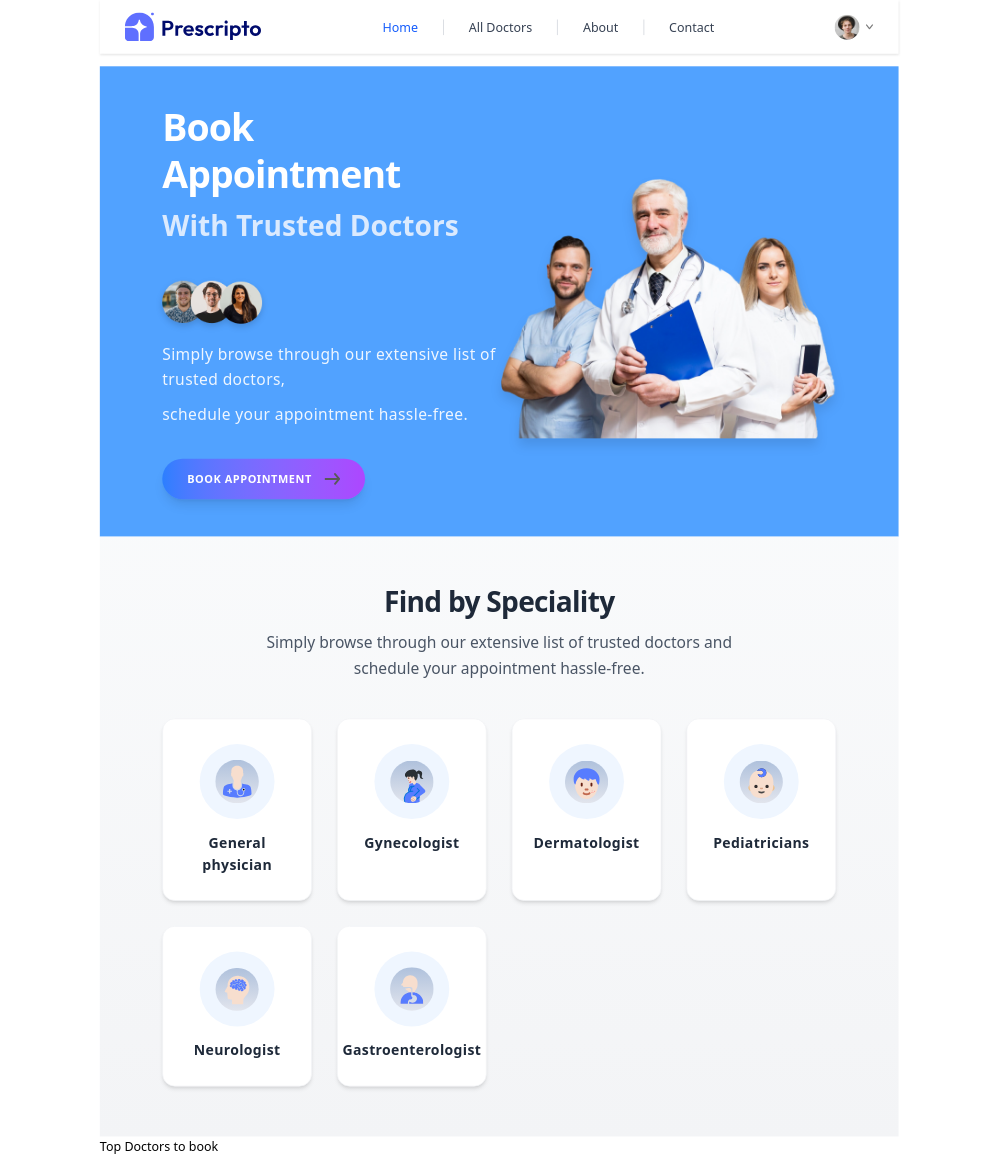
Repository: Pran2535/appointement_booking
Page: / (app in frontend/)
The author's editor kept a copy of each file at every save. The page is drawn from the files as they stood at one save, then again after the next save.
The browser window is 1280 px wide. The pictures show the whole page, at 78% of full size.
The project was rebuilt for these pictures with package versions that can differ from the ones it lists, and the page was loaded fresh each time. Also part of the build but not shown: frontend/vite.config.js, frontend/src/pages/About.jsx, frontend/src/pages/MyAppointments.jsx, frontend/src/pages/Doctors.jsx, frontend/src/pages/Login.jsx, frontend/src/pages/Contact.jsx, frontend/src/pages/MyProfile.jsx, frontend/src/pages/Appointment.jsx.

Above is the page before, as saved 2025-02-16 21:31:12.

### frontend/index.html
<!doctype html>
<html lang="en">
  <head>
    <meta charset="UTF-8" />
    <link rel="icon" type="image/svg+xml" href="/vite.svg" />
    <meta name="viewport" content="width=device-width, initial-scale=1.0" />
    <title>Mishra healthcare</title>
  </head>
  <body>
    <div id="root"></div>
    <script type="module" src="/src/main.jsx"></script>
  </body>
</html>

### frontend/src/main.jsx
import { StrictMode } from 'react'
import { createRoot } from 'react-dom/client'
import './index.css'
import App from './App.jsx'
import { BrowserRouter } from 'react-router-dom'

createRoot(document.getElementById('root')).render(
<BrowserRouter>
    <App />
  </BrowserRouter>,
)

### frontend/src/App.jsx
import React from 'react'
import { Route, Routes } from 'react-router-dom'
import Home from './pages/Home'
import About from './pages/About'
import MyAppointments from './pages/MyAppointments'
import Doctors from './pages/Doctors'
import Login from './pages/Login'
import Contact from './pages/Contact'
import MyProfile from './pages/MyProfile'
import Appointment from './pages/Appointment'
import Navbar from './components/Navbar'

const App = () => {
  return (
    <div className='mx-4 sm:mx-[10%]'>
      <Navbar/>{ /* mounted navbar component before routes so that it gets displayed over the all routes */}
      <Routes>
        <Route path='/' element={<Home />} />
        <Route path='/about' element={<About />} />
        <Route path='/my-appointments' element={<MyAppointments />} />
        <Route path='/doctors' element={<Doctors/>}/>
        <Route path='/doctors/:speciality' element={<Doctors/>}/>
        <Route path ='/login' element={<Login/>}/>
        <Route path='/contact' element={<Contact/>}/>
        <Route path ='/my-profile' element={<MyProfile/>}/>
        <Route path ='/appointments/:docId' element={<Appointment/>}/>
      </Routes>
    </div>
  )
}

export default App

### frontend/src/pages/Home.jsx
import React from 'react'
import Header from '../components/Header'
import SpecialityMenu from '../components/SpecialityMenu'
import TopDoctors from '../components/TopDoctors'

const Home = () => {
  return (
    <div>
      <Header/>
      <SpecialityMenu/>
      <TopDoctors/>
    </div>
  )
}

export default Home

### frontend/src/components/Navbar.jsx
import React, { useState } from 'react'
import { NavLink, useNavigate } from 'react-router-dom'
import { assets } from '../assets/assets'

const links = [
  { to: '/', label: 'Home' },
  { to: '/doctors', label: 'All Doctors' },
  { to: '/about', label: 'About' },
  { to: '/contact', label: 'Contact' }
]

const Navbar = () => {
  const navigate = useNavigate();
  const [showMenu, setShowMenu]=useState(false);
  const [token,setToken]=useState(true);


  return (
    <nav className="sticky top-0 bg-white shadow-sm z-50">
      <div className="max-w-7xl mx-auto px-4 sm:px-6 lg:px-8 py-4 flex items-center justify-between">
        {/* Logo */}
        <div className="flex-shrink-0">
          <img
            className="w-32 md:w-40 lg:w-44 h-auto cursor-pointer transition-transform hover:scale-105"
            src={assets.logo}
            alt="Company Logo"
          />
        </div>

        {/* Navigation Links */}
        <div className="hidden md:block">
          <ul className="flex items-center space-x-8">
            {links.map((l, i) => (
              <React.Fragment key={l.to}>
                <NavLink
                  to={l.to}
                  className={({ isActive }) =>
                    `font-medium transition-colors duration-200 hover:text-blue-600 ${
                      isActive ? 'text-blue-600' : 'text-gray-700'
                    }`
                  }
                >
                  {l.label}
                </NavLink>
                {i < links.length - 1 && (
                  <div className="h-5 w-px bg-gray-300" aria-hidden="true" />
                )}
              </React.Fragment>
            ))}
          </ul>
        </div>

        {/* CTA Button */}
        <div className="flex items-center gap-4">
            {
                token?
                <div className='flex items-center gap-2 cursor-pointer group relative' >
                    <img className='w-8 rounded-full' src={assets.profile_pic} alt="" />
                    <img className='w-2.5 ' src={assets.dropdown_icon} alt="" />
                    <div className='absolute top-0 right-0 pt-14 text-base font-medium text-gray-600 z-20 hidden group-hover:block'>
                        <div className='min-w-48 bg-stone-100 rounded flex flex-col gap-4 p-4'>
                            <p onClick={()=>navigate('/my-appointments')} className='hover:text-black cursor-pointer'>My Appointments</p>
                            <p onClick={()=>navigate('/my-profile')} className='hover:text-black cursor-pointer'>My Profile</p>
                            <p onClick={()=>setToken(false)} className='hover:text-black cursor-pointer'>Logout</p>
                        </div>
                    </div>
                </div>

                :
                 <button
            onClick={() => navigate('/login')}
            className="hidden cursor-pointer md:block bg-blue-600 hover:bg-blue-700 text-white px-6 py-3 rounded-full font-semibold transition-colors duration-200 focus:outline-none focus:ring-2 focus:ring-blue-500 focus:ring-offset-2 shadow-md"
          >
            Create Account
          </button>
            }

        </div>
      </div>
    </nav>
  )
}

export default Navbar

### frontend/src/components/Header.jsx
import React from 'react';
import { assets } from '../assets/assets';

const Header = () => {
  const handleScroll = (e) => {
    e.preventDefault();
    const element = document.querySelector('#speciality');
    if (element) {
      element.scrollIntoView({
        behavior: 'smooth',
        block: 'start'
      });
    }
  };

  return (
    <div className="mt-4 flex flex-col md:flex-row justify-between items-center bg-blue-400 px-6 md:px-10 lg:px-20 py-12 text-white">
      {/* Left side */}
      <div className="w-full md:w-1/2 space-y-10 mb-8 md:mb-0">
        <div className="space-y-2">
          <h1 className="text-4xl lg:text-5xl font-bold leading-tight tracking-tight">
            Book Appointment
          </h1>
          <h2 className="text-3xl lg:text-4xl font-semibold text-blue-100 leading-relaxed">
            With Trusted Doctors
          </h2>
        </div>

        <div className="space-y-6">
          <div className="flex items-center space-x-4">
            <img
              src={assets.group_profiles}
              alt="Doctor Profiles"
              className="w-32 h-auto object-contain drop-shadow-lg"
            />
          </div>

          <div className="space-y-3">
            <p className="text-lg md:text-xl text-blue-50 leading-relaxed font-light tracking-wide">
              Simply browse through our extensive list of trusted doctors,
            </p>
            <p className="text-lg md:text-xl text-blue-50 leading-relaxed font-light tracking-wide">
              schedule your appointment hassle-free.
            </p>
          </div>
        </div>

        <a
          href="#speciality"
          onClick={handleScroll}
          className="inline-flex items-center space-x-4 bg-gradient-to-r from-blue-500 to-purple-500 hover:from-blue-600 hover:to-purple-600 text-white font-bold uppercase px-8 py-4 rounded-full shadow-lg transition-all duration-300 hover:scale-105 tracking-wider text-sm"
        >
          <span>Book Appointment</span>
          <img
            src={assets.arrow_icon}
            alt="Arrow"
            className="w-5 h-5 transform group-hover:translate-x-1 transition-transform"
          />
        </a>
      </div>

      {/* Right side */}
      <div className="w-full md:w-1/2 flex justify-center md:justify-end mt-8 md:mt-0">
        <img
          src={assets.header_img}
          alt="Header illustration"
          className="w-full max-w-lg h-auto object-contain drop-shadow-xl"
        />
      </div>
    </div>
  );
};

export default Header;

### frontend/src/components/SpecialityMenu.jsx
import React from 'react';
import { specialityData } from '../assets/assets';
import { Link } from 'react-router-dom';

const SpecialityMenu = () => {
  return (
    <section
      id="speciality"
      className="px-6 md:px-12 lg:px-20 py-16 bg-gradient-to-b from-gray-50 to-gray-100"
    >
      <div className="max-w-6xl mx-auto">
        {/* Header Section */}
        <header className="text-center space-y-4 mb-12">
          <h1 className="text-3xl md:text-4xl font-bold text-gray-800 tracking-tight">
            Find by Speciality
          </h1>
          <p className="text-lg md:text-xl text-gray-600 max-w-2xl mx-auto leading-relaxed font-light">
            Simply browse through our extensive list of trusted doctors and schedule your appointment hassle-free.
          </p>
        </header>

        {/* Speciality Grid */}
        <div className="grid grid-cols-2 sm:grid-cols-3 md:grid-cols-4 gap-6 md:gap-8">
          {specialityData.map((item, index) => (
            <Link
            onClick={()=>scrollTo(0,0)}
              key={index}
              to={`/doctors/${item.speciality}`}
              className="group flex flex-col items-center bg-white p-6 md:p-8 rounded-2xl shadow-md hover:shadow-xl transition-all duration-300 hover:scale-105 border border-gray-100"
            >
              <div className="w-20 h-20 md:w-24 md:h-24 rounded-full bg-blue-50 flex items-center justify-center mb-4 group-hover:bg-blue-100 transition-colors duration-300">
                <img
                  src={item.image}
                  alt={item.speciality}
                  className="w-12 h-12 md:w-14 md:h-14 object-contain"
                />
              </div>
              <p className="text-lg font-semibold text-gray-800 text-center tracking-wide group-hover:text-blue-600 transition-colors duration-300">
                {item.speciality}
              </p>
            </Link>
          ))}
        </div>
      </div>
    </section>
  );
};

export default SpecialityMenu;

### frontend/src/components/TopDoctors.jsx
import React from 'react'

const TopDoctors = () => {
  return (
    <div>
      <h1>Top Doctors to book</h1>
    </div>
  )
}

export default TopDoctors

### frontend/src/assets/assets.js
import appointment_img from './appointment_img.png'
import header_img from './header_img.png'
import group_profiles from './group_profiles.png'
import profile_pic from './profile_pic.png'
import contact_image from './contact_image.png'
import about_image from './about_image.png'
import logo from './logo.svg'
import dropdown_icon from './dropdown_icon.svg'
import menu_icon from './menu_icon.svg'
import cross_icon from './cross_icon.png'
import chats_icon from './chats_icon.svg'
import verified_icon from './verified_icon.svg'
import arrow_icon from './arrow_icon.svg'
import info_icon from './info_icon.svg'
import upload_icon from './upload_icon.png'
import stripe_logo from './stripe_logo.png'
import razorpay_logo from './razorpay_logo.png'
import doc1 from './doc1.png'
import doc2 from './doc2.png'
import doc3 from './doc3.png'
import doc4 from './doc4.png'
import doc5 from './doc5.png'
import doc6 from './doc6.png'
import doc7 from './doc7.png'
import doc8 from './doc8.png'
import doc9 from './doc9.png'
import doc10 from './doc10.png'
import doc11 from './doc11.png'
import doc12 from './doc12.png'
import doc13 from './doc13.png'
import doc14 from './doc14.png'
import doc15 from './doc15.png'
import Dermatologist from './Dermatologist.svg'
import Gastroenterologist from './Gastroenterologist.svg'
import General_physician from './General_physician.svg'
import Gynecologist from './Gynecologist.svg'
import Neurologist from './Neurologist.svg'
import Pediatricians from './Pediatricians.svg'


export const assets = {
    appointment_img,
    header_img,
    group_profiles,
    logo,
    chats_icon,
    verified_icon,
    info_icon,
    profile_pic,
    arrow_icon,
    contact_image,
    about_image,
    menu_icon,
    cross_icon,
    dropdown_icon,
    upload_icon,
    stripe_logo,
    razorpay_logo
}

export const specialityData = [
    {
        speciality: 'General physician',
        image: General_physician
    },
    {
        speciality: 'Gynecologist',
        image: Gynecologist
    },
    {
        speciality: 'Dermatologist',
        image: Dermatologist
    },
    {
        speciality: 'Pediatricians',
        image: Pediatricians
    },
    {
        speciality: 'Neurologist',
        image: Neurologist
    },
    {
        speciality: 'Gastroenterologist',
        image: Gastroenterologist
    },
]

export const doctors = [
    {
        _id: 'doc1',
        name: 'Dr. Richard James',
        image: doc1,
        speciality: 'General physician',
        degree: 'MBBS',
        experience: '4 Years',
        about: 'Dr. Davis has a strong commitment to delivering comprehensive medical care, focusing on preventive medicine, early diagnosis, and effective treatment strategies. Dr. Davis has a strong commitment to delivering comprehensive medical care, focusing on preventive medicine, early diagnosis, and effective treatment strategies.',
        fees: 50,
        address: {
            line1: '17th Cross, Richmond',
            line2: 'Circle, Ring Road, London'
        }
    },
    {
        _id: 'doc2',
        name: 'Dr. Emily Larson',
        image: doc2,
        speciality: 'Gynecologist',
        degree: 'MBBS',
        experience: '3 Years',
        about: 'Dr. Davis has a strong commitment to delivering comprehensive medical care, focusing on preventive medicine, early diagnosis, and effective treatment strategies. Dr. Davis has a strong commitment to delivering comprehensive medical care, focusing on preventive medicine, early diagnosis, and effective treatment strategies.',
        fees: 60,
        address: {
            line1: '27th Cross, Richmond',
            line2: 'Circle, Ring Road, London'
        }
    },
    {
        _id: 'doc3',
        name: 'Dr. Sarah Patel',
        image: doc3,
        speciality: 'Dermatologist',
        degree: 'MBBS',
        experience: '1 Years',
        about: 'Dr. Davis has a strong commitment to delivering comprehensive medical care, focusing on preventive medicine, early diagnosis, and effective treatment strategies. Dr. Davis has a strong commitment to delivering comprehensive medical care, focusing on preventive medicine, early diagnosis, and effective treatment strategies.',
        fees: 30,
        address: {
            line1: '37th Cross, Richmond',
            line2: 'Circle, Ring Road, London'
        }
    },
    {
        _id: 'doc4',
        name: 'Dr. Christopher Lee',
        image: doc4,
        speciality: 'Pediatricians',
        degree: 'MBBS',
        experience: '2 Years',
        about: 'Dr. Davis has a strong commitment to delivering comprehensive medical care, focusing on preventive medicine, early diagnosis, and effective treatment strategies. Dr. Davis has a strong commitment to delivering comprehensive medical care, focusing on preventive medicine, early diagnosis, and effective treatment strategies.',
        fees: 40,
        address: {
            line1: '47th Cross, Richmond',
            line2: 'Circle, Ring Road, London'
        }
    },
    {
        _id: 'doc5',
        name: 'Dr. Jennifer Garcia',
        image: doc5,
        speciality: 'Neurologist',
        degree: 'MBBS',
        experience: '4 Years',
        about: 'Dr. Davis has a strong commitment to delivering comprehensive medical care, focusing on preventive medicine, early diagnosis, and effective treatment strategies. Dr. Davis has a strong commitment to delivering comprehensive medical care, focusing on preventive medicine, early diagnosis, and effective treatment strategies.',
        fees: 50,
        address: {
            line1: '57th Cross, Richmond',
            line2: 'Circle, Ring Road, London'
        }
    },
    {
        _id: 'doc6',
        name: 'Dr. Andrew Williams',
        image: doc6,
        speciality: 'Neurologist',
        degree: 'MBBS',
        experience: '4 Years',
        about: 'Dr. Davis has a strong commitment to delivering comprehensive medical care, focusing on preventive medicine, early diagnosis, and effective treatment strategies. Dr. Davis has a strong commitment to delivering comprehensive medical care, focusing on preventive medicine, early diagnosis, and effective treatment strategies.',
        fees: 50,
        address: {
            line1: '57th Cross, Richmond',
            line2: 'Circle, Ring Road, London'
        }
    },
    {
        _id: 'doc7',
        name: 'Dr. Christopher Davis',
        image: doc7,
        speciality: 'General physician',
        degree: 'MBBS',
        experience: '4 Years',
        about: 'Dr. Davis has a strong commitment to delivering comprehensive medical care, focusing on preventive medicine, early diagnosis, and effective treatment strategies. Dr. Davis has a strong commitment to delivering comprehensive medical care, focusing on preventive medicine, early diagnosis, and effective treatment strategies.',
        fees: 50,
        address: {
            line1: '17th Cross, Richmond',
            line2: 'Circle, Ring Road, London'
        }
    },
    {
        _id: 'doc8',
        name: 'Dr. Timothy White',
        image: doc8,
        speciality: 'Gynecologist',
        degree: 'MBBS',
        experience: '3 Years',
        about: 'Dr. Davis has a strong commitment to delivering comprehensive medical care, focusing on preventive medicine, early diagnosis, and effective treatment strategies. Dr. Davis has a strong commitment to delivering comprehensive medical care, focusing on preventive medicine, early diagnosis, and effective treatment strategies.',
        fees: 60,
        address: {
            line1: '27th Cross, Richmond',
            line2: 'Circle, Ring Road, London'
        }
    },
    {
        _id: 'doc9',
        name: 'Dr. Ava Mitchell',
        image: doc9,
        speciality: 'Dermatologist',
        degree: 'MBBS',
        experience: '1 Years',
        about: 'Dr. Davis has a strong commitment to delivering comprehensive medical care, focusing on preventive medicine, early diagnosis, and effective treatment strategies. Dr. Davis has a strong commitment to delivering comprehensive medical care, focusing on preventive medicine, early diagnosis, and effective treatment strategies.',
        fees: 30,
        address: {
            line1: '37th Cross, Richmond',
            line2: 'Circle, Ring Road, London'
        }
    },
    {
        _id: 'doc10',
        name: 'Dr. Jeffrey King',
        image: doc10,
        speciality: 'Pediatricians',
        degree: 'MBBS',
        experience: '2 Years',
        about: 'Dr. Davis has a strong commitment to delivering comprehensive medical care, focusing on preventive medicine, early diagnosis, and effective treatment strategies. Dr. Davis has a strong commitment to delivering comprehensive medical care, focusing on preventive medicine, early diagnosis, and effective treatment strategies.',
        fees: 40,
        address: {
            line1: '47th Cross, Richmond',
            line2: 'Circle, Ring Road, London'
        }
    },
    {
        _id: 'doc11',
        name: 'Dr. Zoe Kelly',
        image: doc11,
        speciality: 'Neurologist',
        degree: 'MBBS',
        experience: '4 Years',
        about: 'Dr. Davis has a strong commitment to delivering comprehensive medical care, focusing on preventive medicine, early diagnosis, and effective treatment strategies. Dr. Davis has a strong commitment to delivering comprehensive medical care, focusing on preventive medicine, early diagnosis, and effective treatment strategies.',
        fees: 50,
        address: {
            line1: '57th Cross, Richmond',
            line2: 'Circle, Ring Road, London'
        }
    },
    {
        _id: 'doc12',
        name: 'Dr. Patrick Harris',
        image: doc12,
        speciality: 'Neurologist',
        degree: 'MBBS',
        experience: '4 Years',
        about: 'Dr. Davis has a strong commitment to delivering comprehensive medical care, focusing on preventive medicine, early diagnosis, and effective treatment strategies. Dr. Davis has a strong commitment to delivering comprehensive medical care, focusing on preventive medicine, early diagnosis, and effective treatment strategies.',
        fees: 50,
        address: {
            line1: '57th Cross, Richmond',
            line2: 'Circle, Ring Road, London'
        }
    },
    {
        _id: 'doc13',
        name: 'Dr. Chloe Evans',
        image: doc13,
        speciality: 'General physician',
        degree: 'MBBS',
        experience: '4 Years',
        about: 'Dr. Davis has a strong commitment to delivering comprehensive medical care, focusing on preventive medicine, early diagnosis, and effective treatment strategies. Dr. Davis has a strong commitment to delivering comprehensive medical care, focusing on preventive medicine, early diagnosis, and effective treatment strategies.',
        fees: 50,
        address: {
            line1: '17th Cross, Richmond',
            line2: 'Circle, Ring Road, London'
        }
    },
    {
        _id: 'doc14',
        name: 'Dr. Ryan Martinez',
        image: doc14,
        speciality: 'Gynecologist',
        degree: 'MBBS',
        experience: '3 Years',
        about: 'Dr. Davis has a strong commitment to delivering comprehensive medical care, focusing on preventive medicine, early diagnosis, and effective treatment strategies. Dr. Davis has a strong commitment to delivering comprehensive medical care, focusing on preventive medicine, early diagnosis, and effective treatment strategies.',
        fees: 60,
        address: {
            line1: '27th Cross, Richmond',
            line2: 'Circle, Ring Road, London'
        }
    },
    {
        _id: 'doc15',
        name: 'Dr. Amelia Hill',
        image: doc15,
        speciality: 'Dermatologist',
        degree: 'MBBS',
        experience: '1 Years',
        about: 'Dr. Davis has a strong commitment to delivering comprehensive medical care, focusing on preventive medicine, early diagnosis, and effective treatment strategies. Dr. Davis has a strong commitment to delivering comprehensive medical care, focusing on preventive medicine, early diagnosis, and effective treatment strategies.',
        fees: 30,
        address: {
            line1: '37th Cross, Richmond',
            line2: 'Circle, Ring Road, London'
        }
    },
]

Loaded but not shown: frontend/src/index.css (common file)

After the next save:
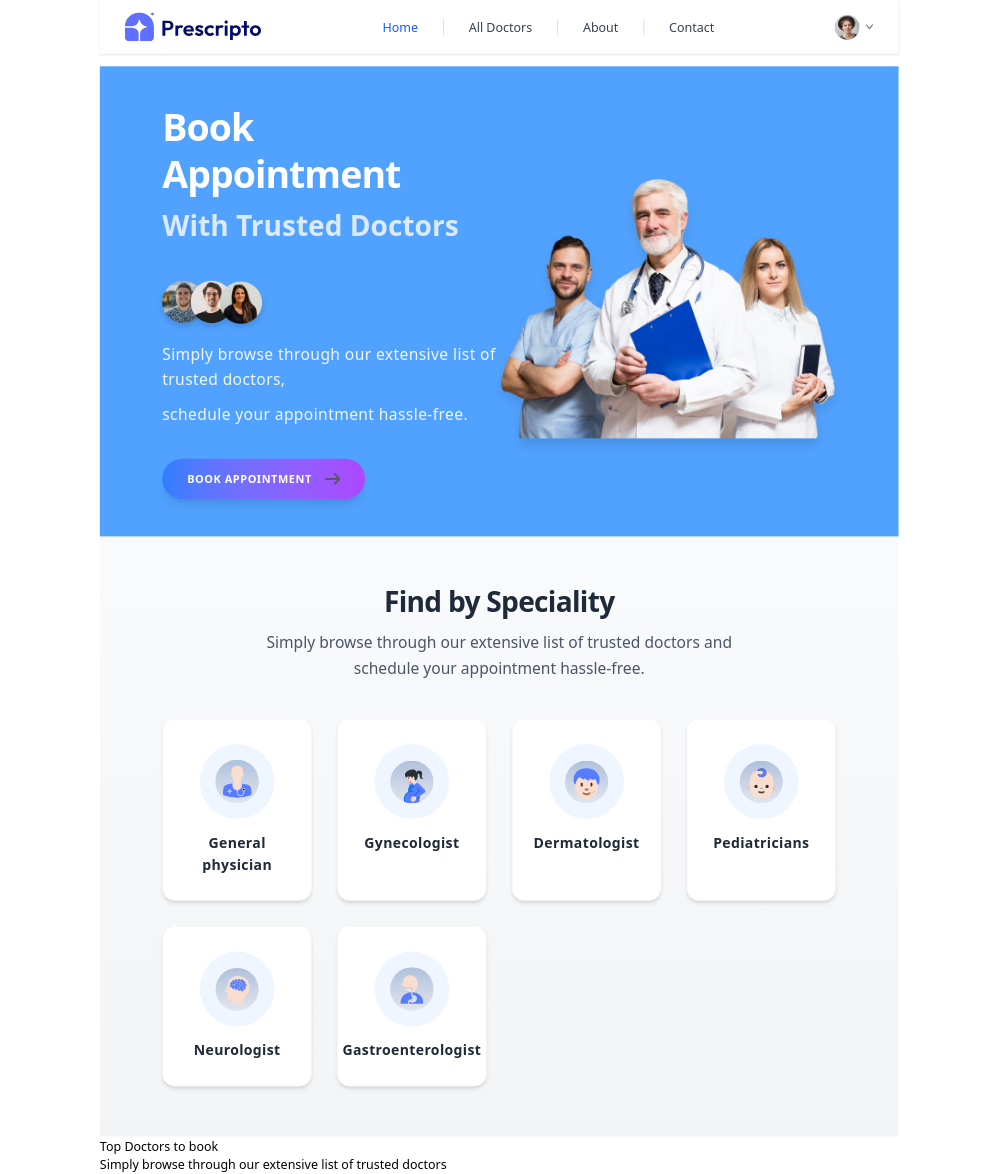
Saved 36 s later.
--- a/frontend/src/components/TopDoctors.jsx
+++ b/frontend/src/components/TopDoctors.jsx
@@ -4,6 +4,7 @@ const TopDoctors = () => {
   return (
     <div>
       <h1>Top Doctors to book</h1>
+      <p>Simply browse through our extensive list of trusted doctors</p>
     </div>
   )
 }
